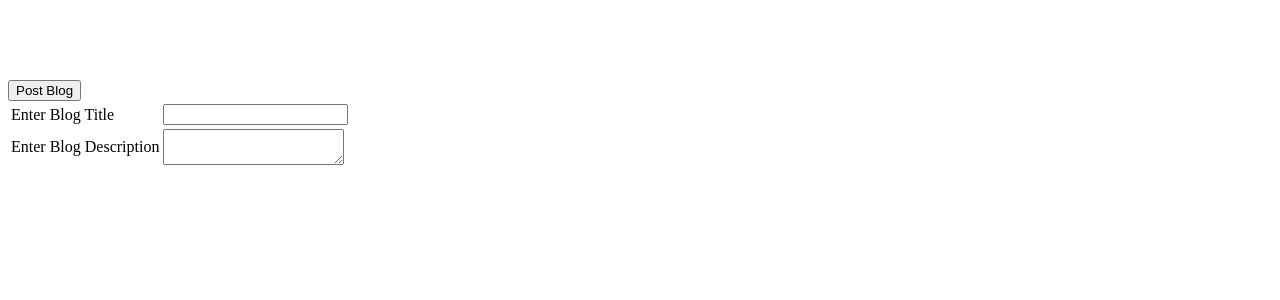
Repository: NeeleshPoojari/Project-2
Page: frontend_project2/WebContent/views/blogpostform.html
These files come from the project's save history. The page is drawn as it stood at one moment and after the next save; the edit follows.
The browser window is 1280 px wide. The pictures show the whole page.

Above is the page before, as saved 2017-07-16 15:01:53.

After the next save:
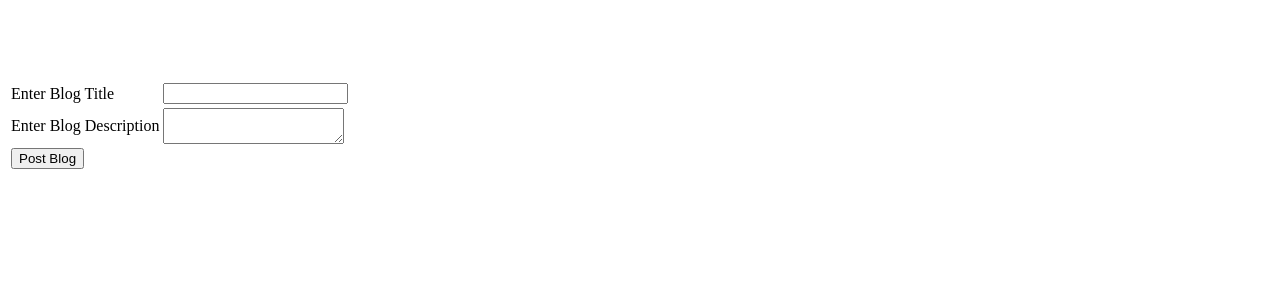
Saved 21 s later.
--- a/frontend_project2/WebContent/views/blogpostform.html
+++ b/frontend_project2/WebContent/views/blogpostform.html
@@ -12,10 +12,10 @@
 <td><textarea ng-model="blogPost.description"></textarea></td>
  </tr>
 
-<tr>
+<td>
 <button class="btn btn-default" ng-click="saveBlogPost()">Post Blog</button>
 
-</tr>
+</td>
 
 </table>
 
